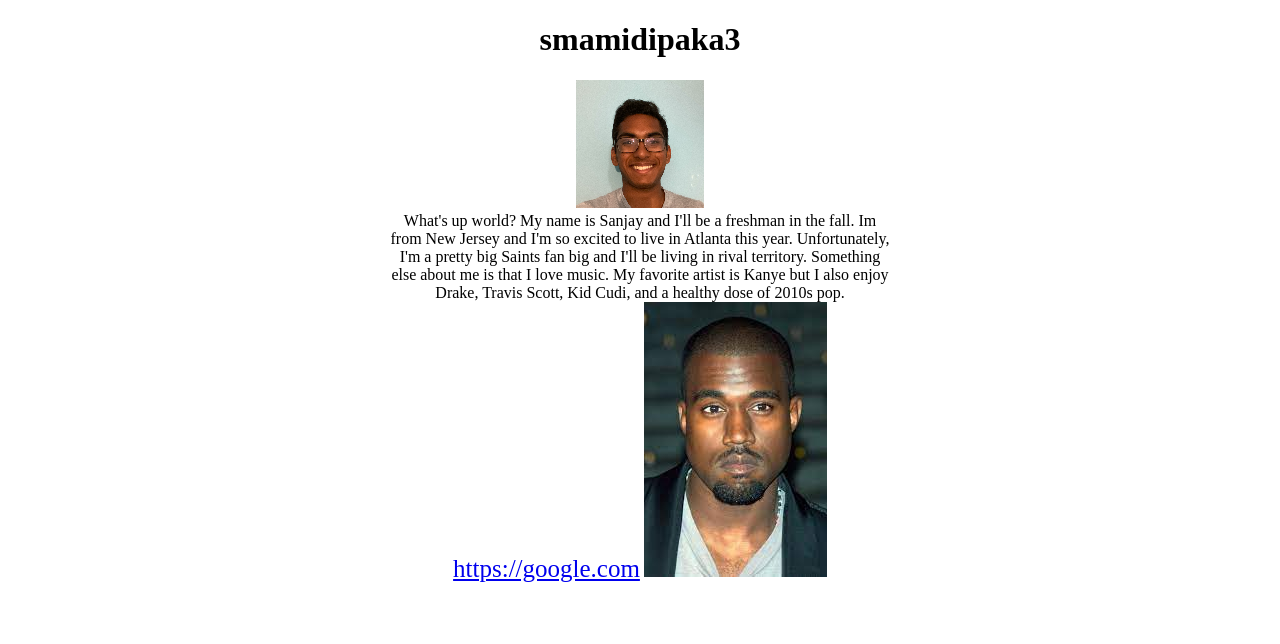
Repository: sanjayMamidipaka/cs1301
Page: lab01/index.html
An editor plug-in stored every save of this project. The page is shown before and after a run of saves, followed by the edit.
The browser window is 1280 px wide. The pictures show the whole page.

Above is the page before, as saved 2021-07-22 16:20:43.

After the next 2 saves:
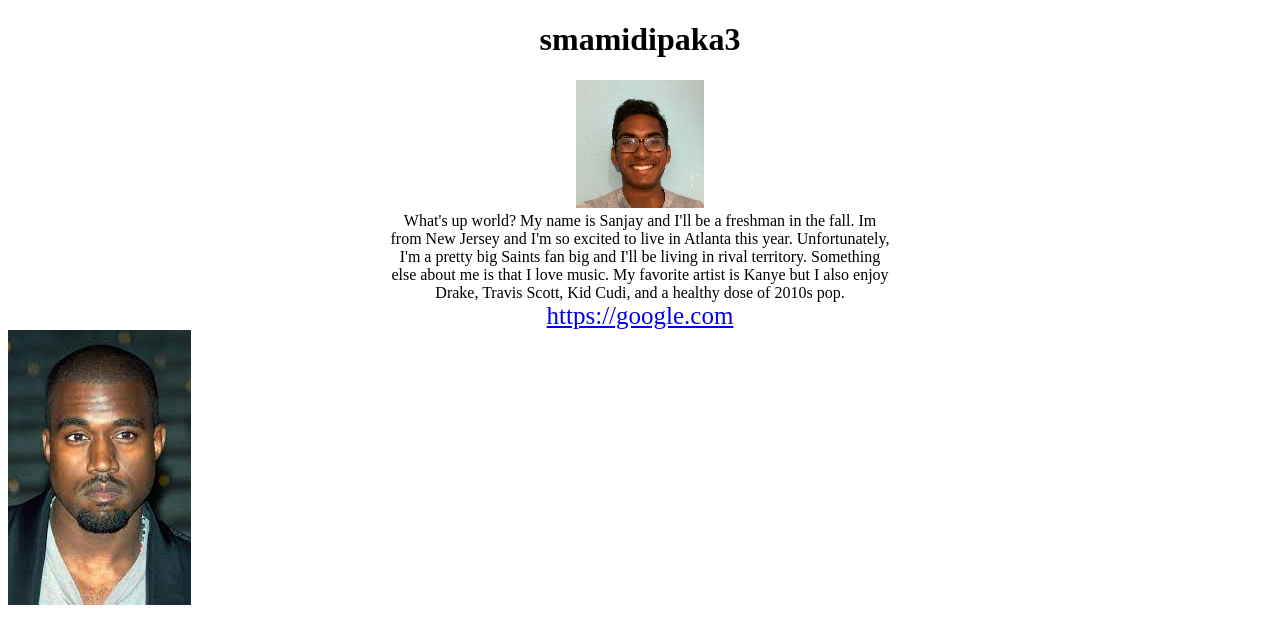
The 2 saves are shown as one change because they came seconds apart.
The last was saved 14 s later.
--- a/lab01/index.html
+++ b/lab01/index.html
@@ -16,7 +16,8 @@
 
     <a class='link' href="https://google.com">https://google.com</a>
 
-    <a href="https://www.kanyewest.com/" >
-        <img class='kanye' src="kanye.jpeg" alt="The GOAT's pic">
-    </a>
   </div>
+
+  <a href="https://www.kanyewest.com/" >
+    <img class='kanye' src="kanye.jpeg" alt="The GOAT's pic">
+</a>
